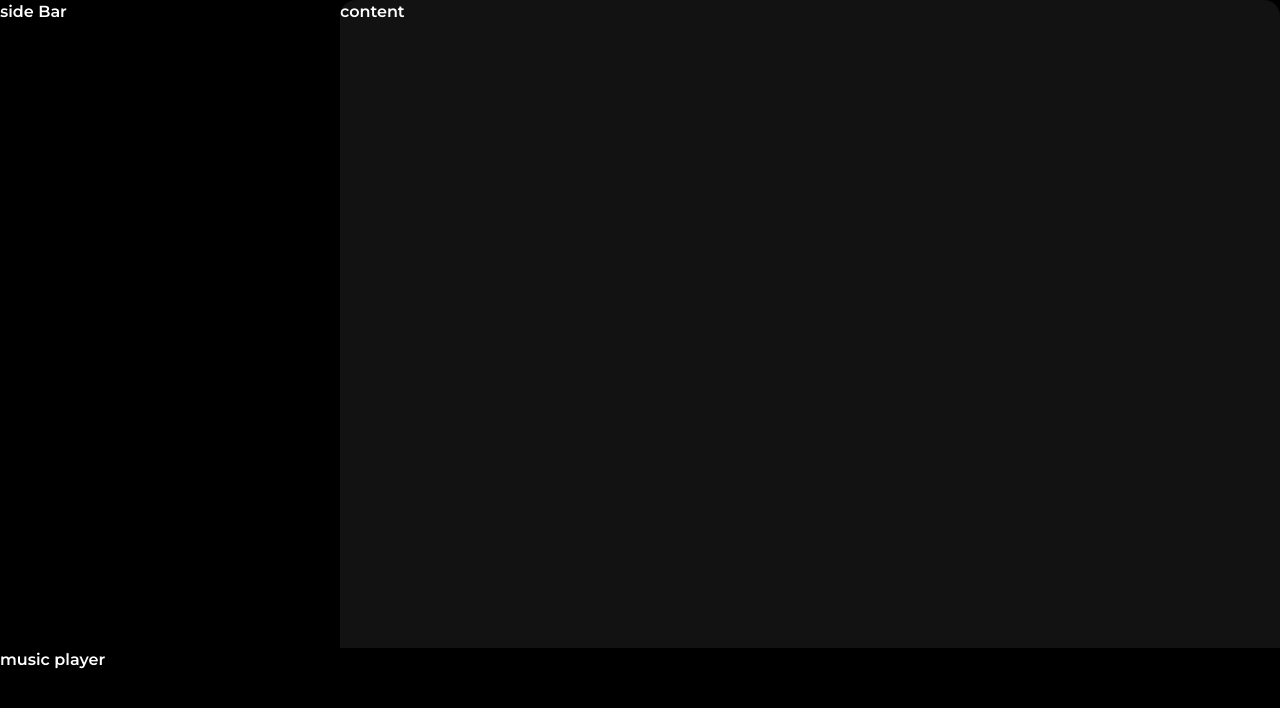
Repository: ketanBisht/spotifyFrontEnd
Page: index.html
These files come from the project's save history. The page is drawn as it stood at one moment and after the next save; the edit follows.
The browser window is 1280 px wide. The pictures show the whole page.
Some web fonts or font styles are not loaded; a fallback is used. Some web libraries are served in a nearby version.

Above is the page before, as saved 2025-08-17 20:26:53.

After the next save:
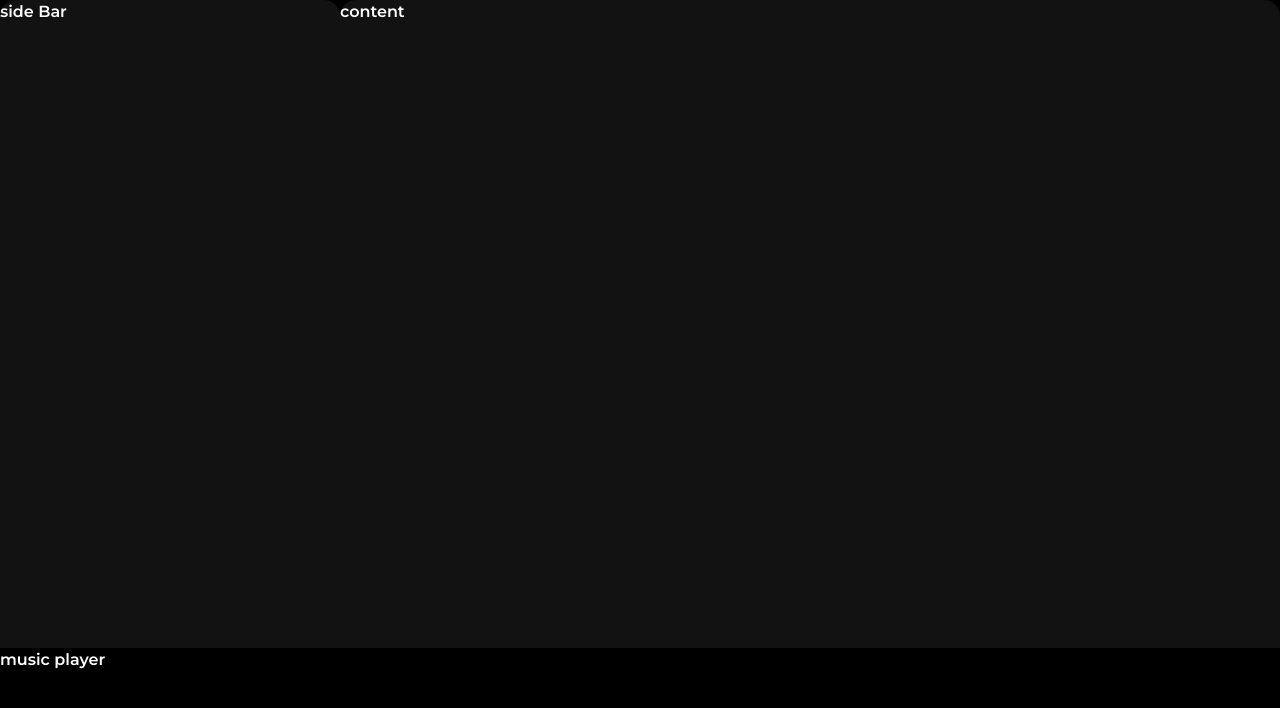
Saved 9 s later.
--- a/style.css
+++ b/style.css
@@ -20,7 +20,7 @@
     -moz-border-radius: 1rem;
     -ms-border-radius: 1rem;
     -o-border-radius: 1rem;
-    background-color: ;
+    background-color: #121212;
 }
 
 .mainContent{
